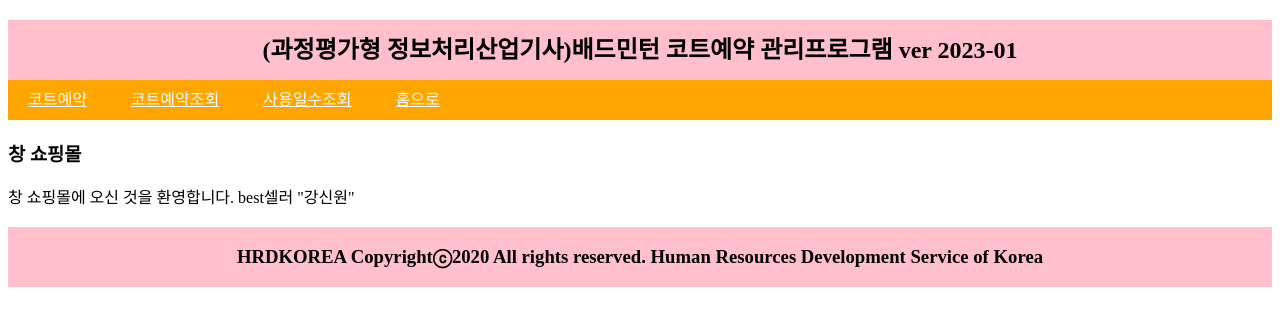
Repository: s25-30420/shopping
Page: http://localhost/shop/
An editor plug-in stored every save of this project. The page is shown before and after the next save, followed by the edit.
The browser window is 1280 px wide. The pictures show the whole page.
The page is served by Tomcat 9.

Above is the page before, as saved 2025-09-01 00:54:40.

After the next save:
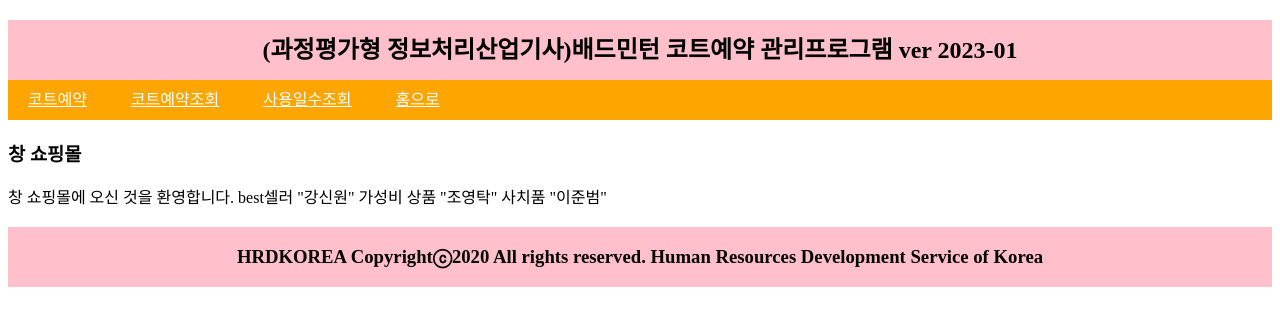
Saved 37 s later.
--- a/shop/src/main/webapp/index.jsp
+++ b/shop/src/main/webapp/index.jsp
@@ -14,7 +14,8 @@
 	<p>
 		창 쇼핑몰에 오신 것을 환영합니다.
 		best셀러 "강신원"
-
+		가성비 상품 "조영탁"
+		사치품 "이준범"
 	</p>
 </section>
 <jsp:include page="footer.jsp"></jsp:include>
